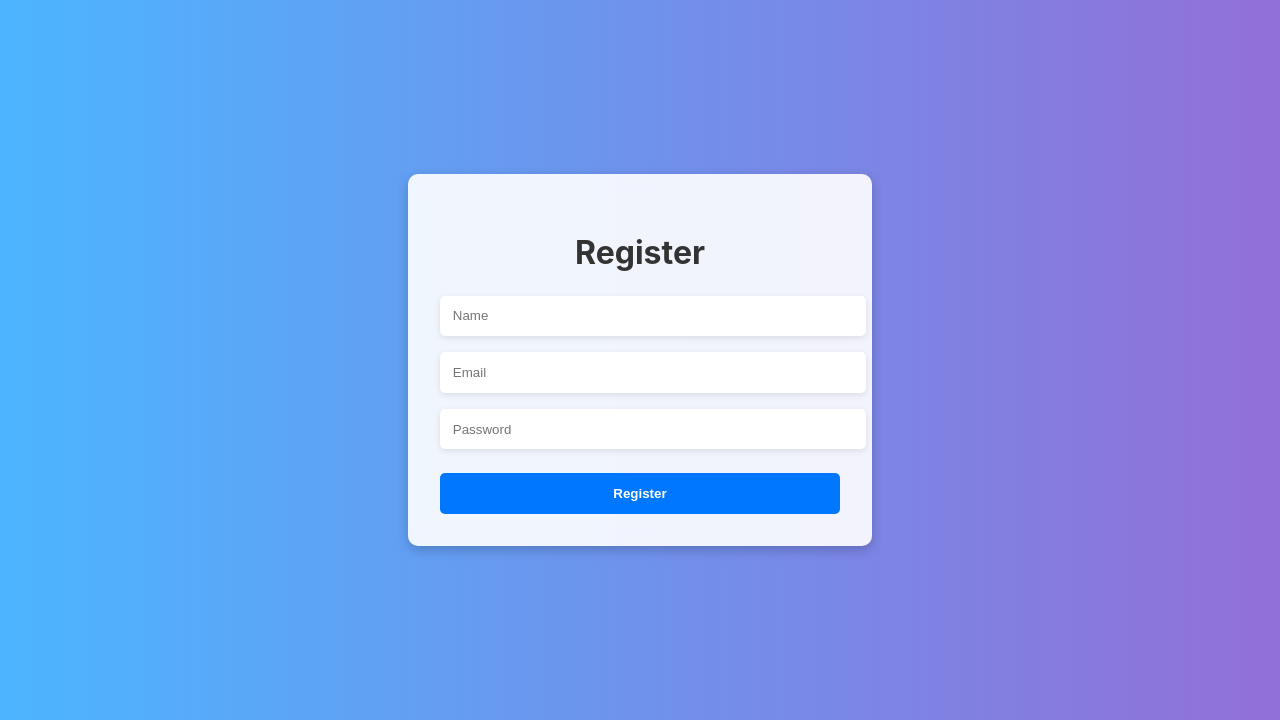
Repository: JaafarRezk/FrontEnd-InternetApplications
Page: /register
These files come from the project's save history. The page is drawn as it stood at one moment and after the next save; the edit follows.
The browser window is 1280 px wide. The pictures show the whole page.
The project was rebuilt for these pictures with package versions that can differ from the ones it lists, and the page was loaded fresh each time. Also part of the build but not shown: src/components/Home.js, src/components/Auth/Login.js.

Above is the page before, as saved 2024-11-09 16:00:05.

After the next save:
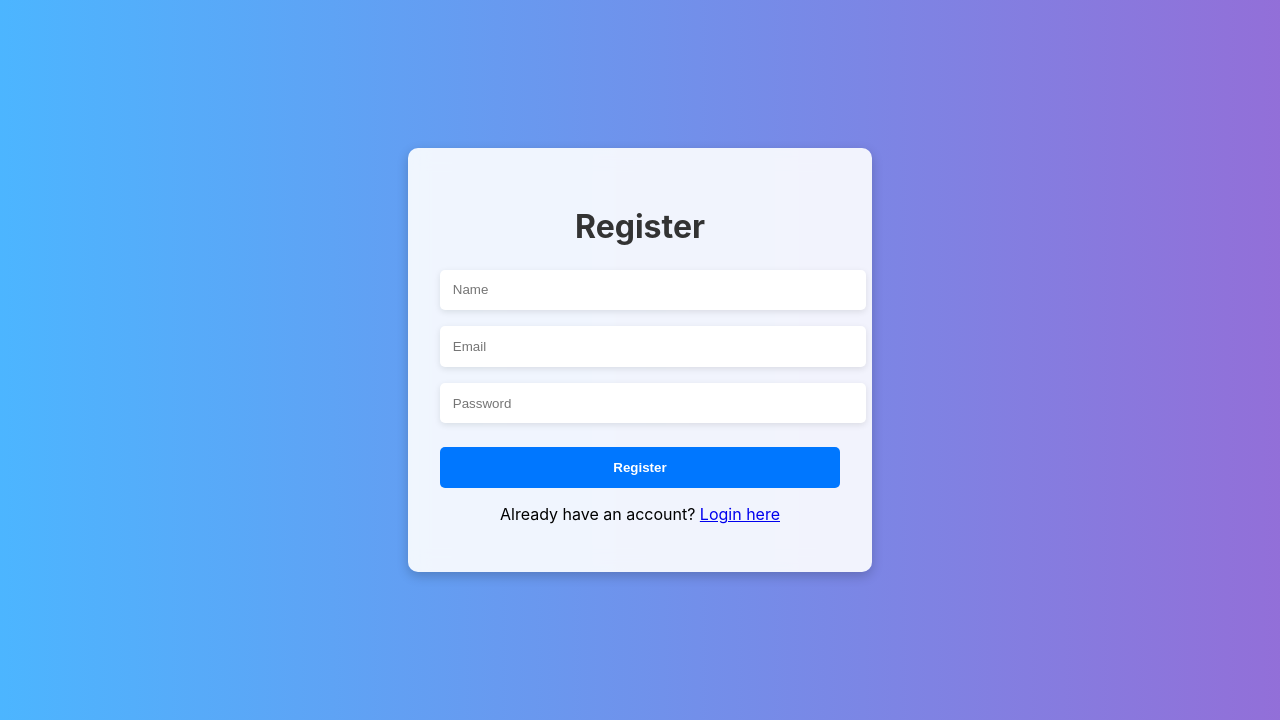
Saved 2 min 16 s later.
--- a/src/components/Auth/Register.js
+++ b/src/components/Auth/Register.js
@@ -3,6 +3,7 @@ import React, { useState } from 'react';
 import axios from 'axios';
 import styles from '../styles/Auth.module.css';
 import { useNavigate } from 'react-router-dom'; // استخدام useNavigate بدلاً من useHistory
+import { Link } from 'react-router-dom'; // إضافة رابط للتوجيه إلى صفحة الدخول
 
 const Register = () => {
   const [name, setName] = useState('');
@@ -10,13 +11,12 @@ const Register = () => {
   const [password, setPassword] = useState('');
   const [error, setError] = useState('');
   const [successMessage, setSuccessMessage] = useState('');
-  const navigate = useNavigate(); // استخدام useNavigate بدلاً من useHistory
+  const navigate = useNavigate(); // استخدام useNavigate للتوجيه
 
   const handleSubmit = async (e) => {
     e.preventDefault();
     setError('');
     setSuccessMessage('');
-
 
     try {
       const response = await axios.post('http://127.0.0.1:8000/api/auth/register', {
@@ -27,10 +27,9 @@ const Register = () => {
 
       if (response.data.success) {
         setSuccessMessage('Registration successful! Redirecting to login...');
-        // توجيه المستخدم إلى صفحة تسجيل الدخول بعد نجاح التسجيل
         setTimeout(() => {
-          navigate('/login'); // استخدام navigate للتوجيه بدلاً من history.push
-        }, 2000); // التأخير قبل التوجيه
+          navigate('/login'); // التوجيه إلى صفحة تسجيل الدخول بعد نجاح التسجيل
+        }, 2000);
       }
     } catch (error) {
       setError(error.response?.data?.message || 'An error occurred during registration.');
@@ -64,11 +63,11 @@ const Register = () => {
             onChange={(e) => setPassword(e.target.value)}
             className={styles.input}
           />
-
           <button type="submit" className={styles.button}>Register</button>
         </form>
         {error && <p style={{ color: 'red' }}>{error}</p>}
         {successMessage && <p style={{ color: 'green' }}>{successMessage}</p>}
+        <p>Already have an account? <Link to="/login" className={styles.link}>Login here</Link></p> {/* رابط للتوجه إلى صفحة Login */}
       </div>
     </div>
   );
